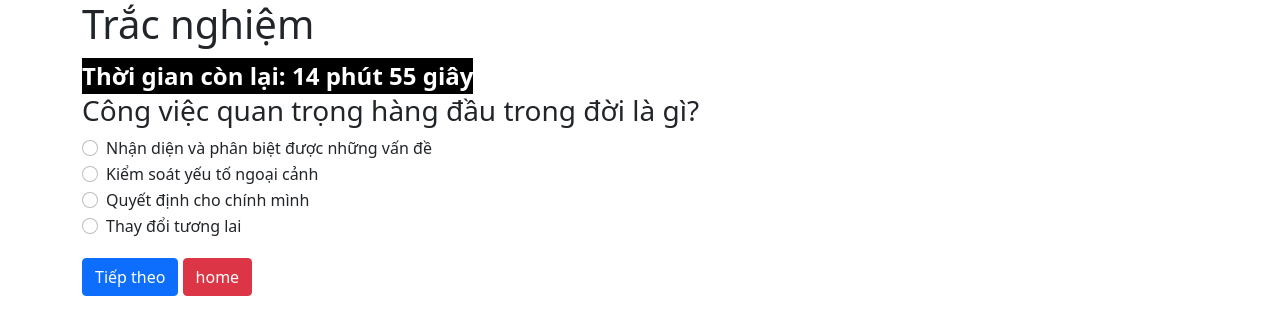
Repository: tran-thien-nhan/quiz_tlln
Page: men_advantage_quiz.html
These files come from the project's save history. The page is drawn as it stood at one moment and after the next save; the edit follows.
The browser window is 1280 px wide. The pictures show the whole page.

Above is the page before, as saved 2023-06-25 19:15:50.

After the next save:
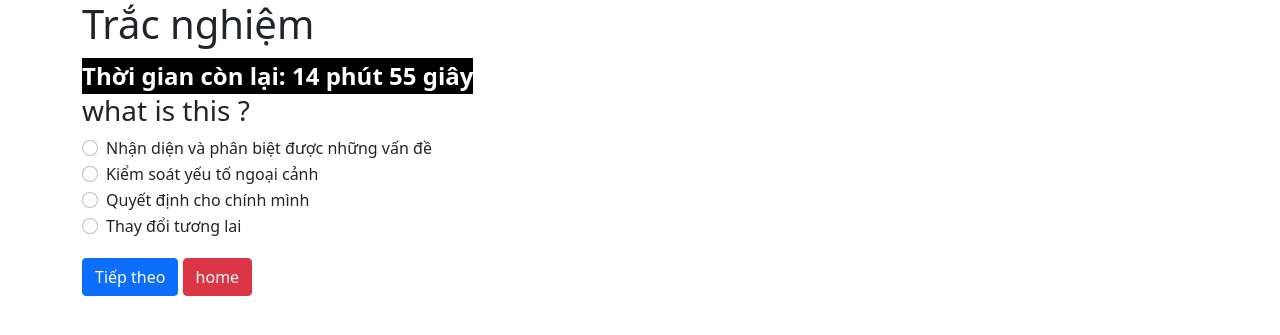
Saved 11 s later.
--- a/men_advantage.json
+++ b/men_advantage.json
@@ -1,7 +1,8 @@
 {
     "questions": [
         {
-            "question": "Công việc quan trọng hàng đầu trong đời là gì?",
+            "question": "what is this ?",
+            "image": "img/men_advantage/smv.webp",
             "choices": [
                 "Nhận diện và phân biệt được những vấn đề",
                 "Kiểm soát yếu tố ngoại cảnh",
